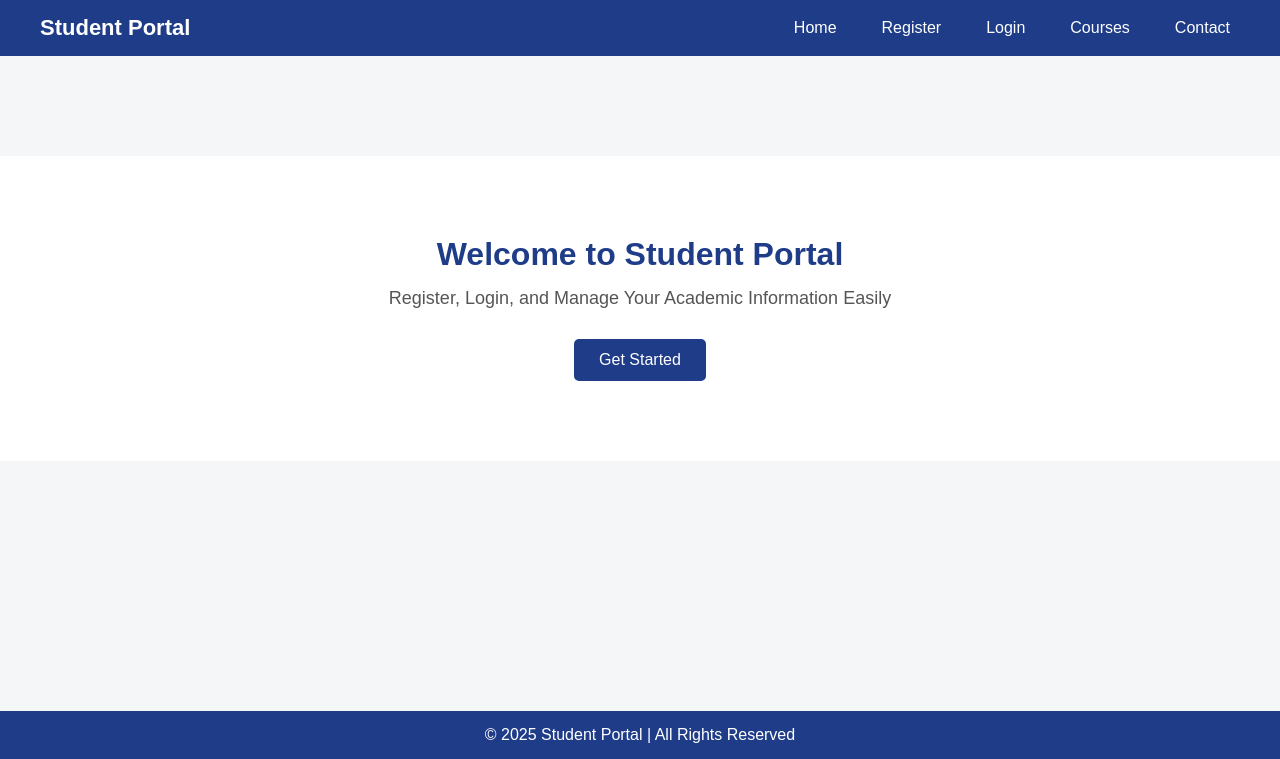
Repository: Tanvisalunkhe/Java_Codes
Page: demo/src/main/webapp/Home.html
These files come from the project's save history. The page is drawn as it stood at one moment and after the next save; the edit follows.
The browser window is 1280 px wide. The pictures show the whole page.

Above is the page before, as saved 2025-12-26 06:41:41.

### demo/src/main/webapp/Home.html
<!DOCTYPE html>
<html lang="en">
<head>
    <meta charset="UTF-8">
    <title>Student Portal | Home</title>

    <style>
        * {
            margin: 0;
            padding: 0;
            box-sizing: border-box;
            font-family: Arial, sans-serif;
        }

        body {
            background-color: #f4f6f8;
        }

        /* Navbar */
        .navbar {
            background-color: #1f3c88; /* Dark Blue */
            padding: 15px 40px;
            display: flex;
            justify-content: space-between;
            align-items: center;
        }

        .navbar h1 {
            color: white;
            font-size: 22px;
        }

        .navbar ul {
            list-style: none;
            display: flex;
        }

        .navbar ul li {
            margin-left: 25px;
        }

        .navbar ul li a {
            color: white;
            text-decoration: none;
            font-size: 16px;
            padding: 6px 10px;
        }

        .navbar ul li a:hover {
            background-color: #ffffff;
            color: #1f3c88;
            border-radius: 4px;
        }

        /* Hero Section */
        .hero {
            text-align: center;
            padding: 80px 20px;
            background-color: white;
            margin-top: 100px;
        }

        .hero h2 {
            font-size: 32px;
            color: #1f3c88;
        }

        .hero p {
            font-size: 18px;
            margin-top: 15px;
            color: #555;
        }

        /* Buttons */
        .btn {
            display: inline-block;
            margin-top: 30px;
            padding: 12px 25px;
            background-color: #1f3c88;
            color: white;
            text-decoration: none;
            border-radius: 5px;
            font-size: 16px;
        }

        .btn:hover {
            background-color: #163172;
        }

        /* Footer */
        footer {
            background-color: #1f3c88;
            color: white;
            text-align: center;
            padding: 15px;
            margin-top: 250px;
        }
    </style>
</head>

<body>

    <!-- Navigation Bar -->
    <div class="navbar">
        <h1>Student Portal</h1>
        <ul>
            <li><a href="#">Home</a></li>
            <li><a href="#">Register</a></li>
            <li><a href="#">Login</a></li>
            <li><a href="#">Courses</a></li>
            <li><a href="#">Contact</a></li>
        </ul>
    </div>

    <!-- Hero Section -->
    <div class="hero">
        <h2>Welcome to Student Portal</h2>
        <p>Register, Login, and Manage Your Academic Information Easily</p>

        <a href="register.html" class="btn">Get Started</a>
    </div>

    <!-- Footer -->
    <footer>
        © 2025 Student Portal | All Rights Reserved
    </footer>

</body>
</html>

After the next save:
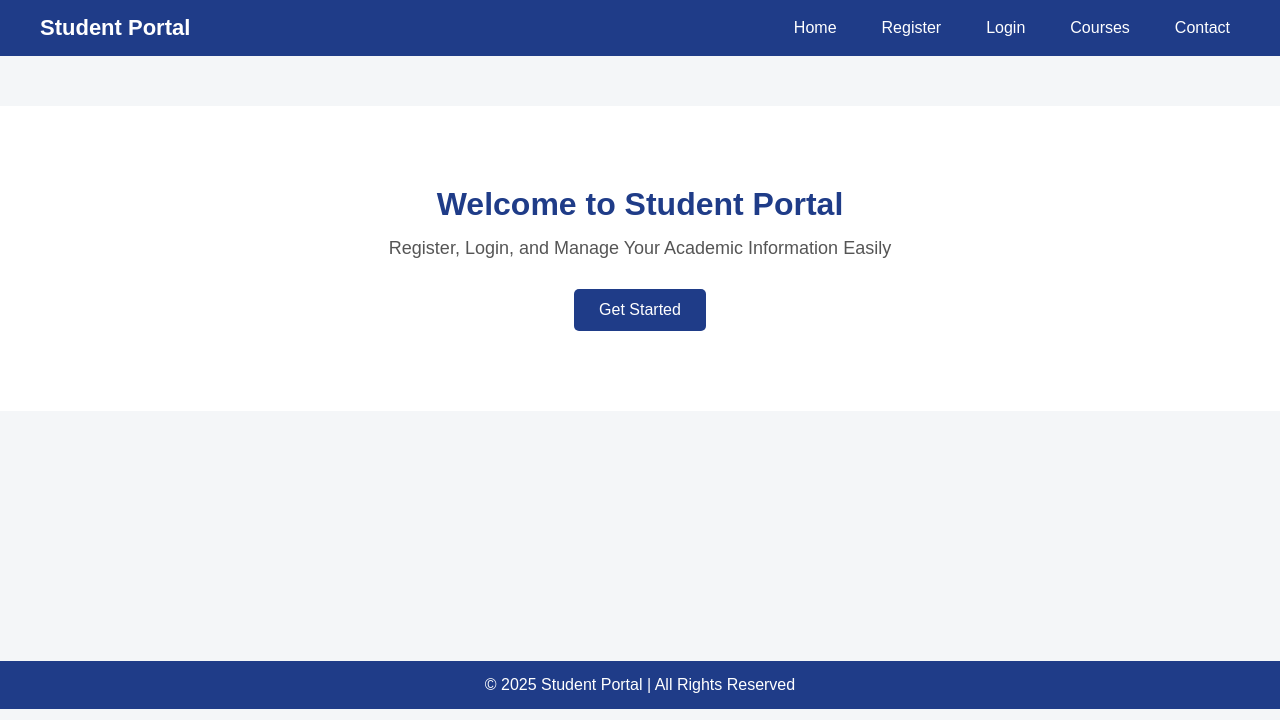
Saved 16 s later.
--- a/demo/src/main/webapp/Home.html
+++ b/demo/src/main/webapp/Home.html
@@ -57,7 +57,7 @@
             text-align: center;
             padding: 80px 20px;
             background-color: white;
-            margin-top: 100px;
+            margin-top: 50px;
         }
 
         .hero h2 {
